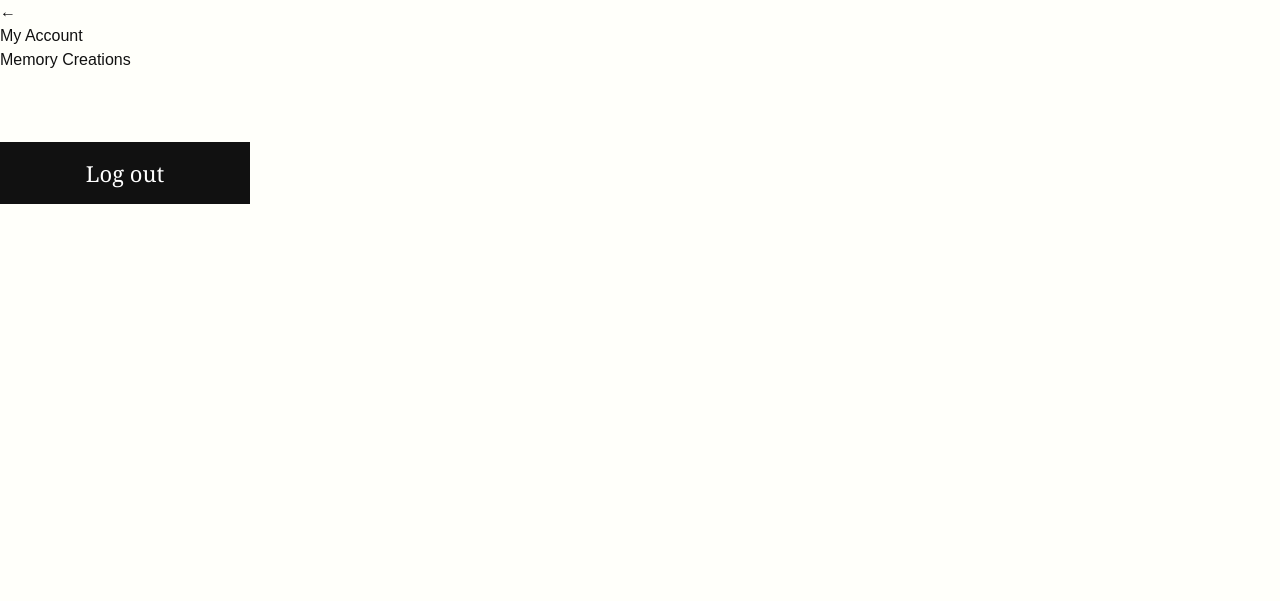
Repository: doagunes/Sillage
Page: /account
An editor plug-in stored every save of this project. The page is shown before and after the next save, followed by the edit.
The browser window is 1280 px wide. The pictures show the whole page.
The project was rebuilt for these pictures with package versions that can differ from the ones it lists, and the page was loaded fresh each time. Also part of the build but not shown: vite.config.js, src/components/Navbar.css, src/components/Navbar.jsx, src/components/Footer.css, src/components/Footer.jsx, src/pages/SignUp.css, src/pages/SignUp.jsx, src/pages/Login.css and 15 more.

Above is the page before, as saved 2026-05-24 16:42:52.

### index.html
<!doctype html>
<html lang="en">
  <head>
    <meta charset="UTF-8" />
    <link rel="icon" type="image/svg+xml" href="/favicon.svg" />
    <meta name="viewport" content="width=device-width, initial-scale=1.0" />
    <title>sillage</title>
  </head>
  <body>
    <div id="root"></div>
    <script type="module" src="/src/main.jsx"></script>
  </body>
</html>

### src/App.jsx
import "./index.css";
import { BrowserRouter, Routes, Route } from "react-router-dom";
import { AuthProvider } from "./context/AuthContext";

import SignUp from "./pages/SignUp";
import Login from "./pages/Login";
import Account from "./pages/Account";

import Home from "./pages/Home";
import About from "./pages/About";
import Create from "./pages/Create";
import Archive from "./pages/Archive";
import ArchiveDetail from "./pages/ArchiveDetail";

function App() {
  return (
    <AuthProvider>
      <BrowserRouter>
        <Routes>
          <Route path="/" element={<Home />} />
          <Route path="/about" element={<About />} />
          <Route path="/create" element={<Create />} />
          <Route path="/archive" element={<Archive />} />
          <Route path="/archive/:id" element={<ArchiveDetail />} />

          <Route path="/signup" element={<SignUp />} />
          <Route path="/login" element={<Login />} />
          <Route path="/account" element={<Account />} />
        </Routes>
      </BrowserRouter>
    </AuthProvider>
  );
}

export default App;

### src/index.css
@import "tailwindcss";
* {
  margin: 0;
  padding: 0;
  box-sizing: border-box;
}

body {
  background-color: #f7f3ee;
  font-family: sans-serif;
}

### src/context/AuthContext.jsx
import { createContext, useContext, useEffect, useState } from "react";

const AuthContext = createContext();

export function AuthProvider({ children }) {
  const [user, setUser] = useState(null);

  useEffect(() => {
    const savedUser = localStorage.getItem("sillageUser");

    if (savedUser) {
      setUser(JSON.parse(savedUser));
    }
  }, []);

  const signup = (userData) => {
    const newUser = {
      id: Date.now(),
      username: userData.username,
      email: userData.email,
    };

    localStorage.setItem("sillageUser", JSON.stringify(newUser));
    setUser(newUser);
  };

  const login = (email) => {
    const loggedUser = {
      id: Date.now(),
      username: "Sillage User",
      email,
    };

    localStorage.setItem("sillageUser", JSON.stringify(loggedUser));
    setUser(loggedUser);
  };

  const logout = () => {
    localStorage.removeItem("sillageUser");
    setUser(null);
  };

  const isLoggedIn = Boolean(user);

  return (
    <AuthContext.Provider value={{ user, isLoggedIn, signup, login, logout }}>
      {children}
    </AuthContext.Provider>
  );
}

export function useAuth() {
  return useContext(AuthContext);
}

### src/pages/Account.jsx
import { useNavigate } from "react-router-dom";
import { useAuth } from "../context/AuthContext";
import "./Account.css";

function Account() {
  const navigate = useNavigate();
  const { logout } = useAuth();

  const handleLogout = () => {
    logout();
    navigate("/signup");
  };

  return (
    <main className="account-page">
      <button className="account-back" onClick={() => navigate(-1)}>
        ←
      </button>

      <section className="account-content">
        <h1>My Account</h1>

        <div className="account-line"></div>

        <h2>Memory Creations</h2>

        <div className="memory-creations-grid">
          <div className="memory-creation-card"></div>
        </div>

        <button className="account-logout" onClick={handleLogout}>
          Log out
        </button>
      </section>
    </main>
  );
}

export default Account;

### src/pages/Account.css
.account-page {
    min-height: 100vh;
    background: #fffffa;
    color: #111;
  }

  .account-main {
    min-height: calc(100vh - 90px);
    display: grid;
    grid-template-columns: 38% 62%;
    background: #fffffa;
    border-top: 1px solid #111;
    font-family: Georgia, "Times New Roman", serif;
  }

  .account-left {
    border-right: 1px solid #111;
    padding: 90px 70px;
  }

  .account-left h1 {
    margin: 0;
    font-size: 64px;
    font-weight: 500;
    line-height: 1;
  }

  .account-info {
    margin-top: 70px;
    font-size: 24px;
    line-height: 1.6;
  }

  .account-info p {
    margin: 0 0 12px;
  }

  .account-logout {
    margin-top: 70px;
    width: 250px;
    height: 62px;
    border: 1px solid #111;
    background: #111;
    color: #fff;
    font-family: Georgia, "Times New Roman", serif;
    font-size: 22px;
    cursor: pointer;
  }

  .account-logout:hover {
    background: transparent;
    color: #111;
  }

  .account-right {
    padding: 90px 80px;
  }

  .account-right h2 {
    margin: 0;
    font-size: 64px;
    font-weight: 500;
    line-height: 1;
  }

  .account-memory-grid {
    margin-top: 70px;
    display: grid;
    grid-template-columns: repeat(3, 1fr);
    gap: 34px;
  }

  .account-memory-card {
    height: 360px;
    border: 1px solid #111;
    background: transparent;
  }

### src/pages/Home.css
@import "tailwindcss";

* {
  box-sizing: border-box;
}

body {
  margin: 0;
  background: #fffffa;
}

.homepage {
  width: 100%;
  min-height: 100vh;
  background: #fffffa;
  color: #111;
  font-family: "Helvetica Neue", Arial, sans-serif;
  overflow-x: hidden;
}


.hero {
  position: relative;
  display: grid;
  grid-template-columns: 46% 54%;
  min-height: 830px;
  border-bottom: 1px solid #111;
}

.hero-image {
  height: 690px;
  margin-top: 52px;
}

.polaroid {
  position: absolute;
  top: 70px;
  left: 420px;
  width: 230px;
  height: 280px;
  transform: rotate(-14deg);
  background: #f3f0ea;
  border: 12px solid #f8f6f1;
  z-index: 2;
}

.hero-content {
  padding: 75px 90px 0 35px;
}

.hero-content h1 {
  font-family: Georgia, "Times New Roman", serif;
  font-size: 45px;
  font-weight: 300;
  line-height: 1.15;
  letter-spacing: 0.8px;
  max-width: 690px;
  margin: 0 0 480px;
}

.hero-content p {
  max-width: 580px;
  font-size: 20px;
  font-weight: 300;
  line-height: 1.25;
  margin-bottom: 18px;
}

.hero-content button {
  width: 454px;
  height: 68px;
  background: transparent;
  border: 1px solid #111;
  font-family: Georgia, "Times New Roman", serif;
  font-size: 24px;
  cursor: pointer;
}

.logo-strip {
  height: 230px;
  display: flex;
  align-items: center;
  justify-content: space-around;
  border-bottom: 1px solid #111;
  font-family: Georgia, "Times New Roman", serif;
  font-size: 52px;
  font-weight: 700;
}

.popular {
  padding: 80px 110px 130px;
  border-bottom: 1px solid #111;
}

.popular h2 {
  font-family: Georgia, "Times New Roman", serif;
  font-size: 46px;
  font-weight: 300;
  margin: 0 0 10px;
}

.product-grid {
  display: grid;
  grid-template-columns: repeat(4, 1fr);
  gap: 0;
}

.product-card {
  border: 1px solid #111;
  padding: 20px;
  min-height: 476px;
}

.product-image {
  height: 360px;
  margin-bottom: 10px;
}

.product-info {
  display: flex;
  justify-content: space-between;
  font-size: 14px;
  font-weight: 300;
  margin-bottom: 12px;
}

.product-card button {
  width: 100%;
  height: 41px;
  background: transparent;
  border: 1px solid #111;
  font-family: Georgia, "Times New Roman", serif;
  cursor: pointer;
}

.statement {
  position: relative;
  height: 590px;
  border-bottom: 1px solid #111;
}

.statement-image {
  position: absolute;
  inset: 0;
}

.statement h2 {
  position: absolute;
  right: 90px;
  top: 70px;
  width: 445px;
  text-align: center;
  font-family: Georgia, "Times New Roman", serif;
  font-size: 47px;
  font-weight: 300;
  line-height: 1.15;
}

.why {
  display: grid;
  grid-template-columns: 1fr 1fr;
  min-height: 1100px;
  border-bottom: 1px solid #111;
}

.why-left {
  border-right: 1px solid #111;
  position: relative;
}

.why-left h2 {
  font-family: Georgia, "Times New Roman", serif;
  font-size: 75px;
  font-weight: 300;
  text-align: center;
  margin-top: 220px;
}

.why-image {
  position: absolute;
  bottom: 0;
  left: 0;
  width: 100%;
  height: 550px;
}

.why-right {
  background: #212121;
  color: white;
  display: flex;
  align-items: flex-start;
  justify-content: center;
  padding-top: 95px;
}

.why-right p {
  width: 460px;
  font-size: 25px;
  font-weight: 300;
  line-height: 1.25;
}

.package {
  display: grid;
  grid-template-columns: 1fr 1fr;
  min-height: 930px;
}

.package-text {
  padding: 90px 100px;
}

.package-text h2 {
  font-family: Georgia, "Times New Roman", serif;
  font-size: 49px;
  font-weight: 300;
  line-height: 1.15;
  margin-bottom: 390px;
}

.package-text p {
  max-width: 530px;
  font-size: 21px;
  font-weight: 300;
  line-height: 1.25;
}

.package-image {
  height: 700px;
  margin-top: 35px;
}

.placeholder {
  background: #e4e0da;
  color: #777;
  display: flex;
  align-items: center;
  justify-content: center;
  font-size: 13px;
  letter-spacing: 2px;
}

@media (max-width: 900px) {
  .navbar {
    height: auto;
    padding: 30px;
    flex-direction: column;
    gap: 24px;
  }

  .logo {
    margin-right: 0;
  }

  .nav-links {
    flex-direction: column;
    gap: 18px;
  }

  .nav-icons {
    margin-left: 0;
  }

  .hero,
  .why,
  .package {
    grid-template-columns: 1fr;
  }

  .hero-content h1 {
    margin-bottom: 80px;
    font-size: 38px;
  }

  .hero-content button {
    width: 100%;
  }

  .product-grid {
    grid-template-columns: 1fr;
  }

  .logo-strip {
    flex-wrap: wrap;
    height: auto;
    gap: 30px;
    padding: 50px;
  }
}

Loaded but not shown: src/main.jsx (common file)

After the next save:
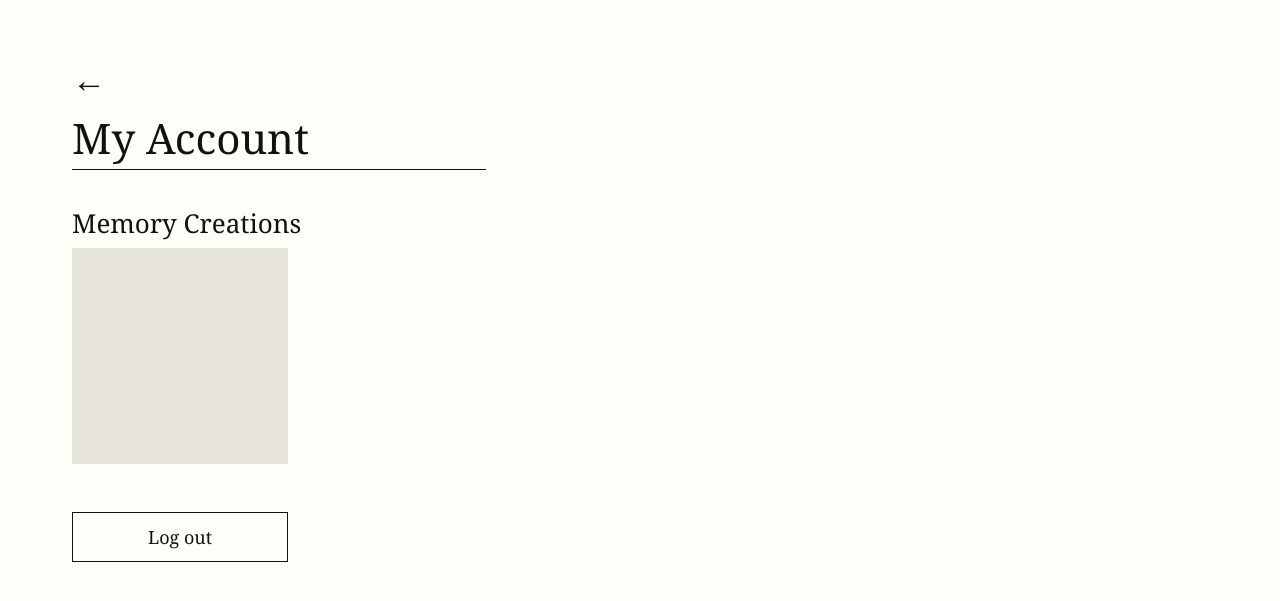
Saved 5 s later.
--- a/src/pages/Account.css
+++ b/src/pages/Account.css
@@ -2,76 +2,74 @@
     min-height: 100vh;
     background: #fffffa;
     color: #111;
+    font-family: Georgia, "Times New Roman", serif;
+    position: relative;
+    padding: 54px 0 100px 72px;
+    box-sizing: border-box;
   }
 
-  .account-main {
-    min-height: calc(100vh - 90px);
-    display: grid;
-    grid-template-columns: 38% 62%;
-    background: #fffffa;
-    border-top: 1px solid #111;
+  .account-back {
+    border: none;
+    background: transparent;
+    font-size: 34px;
     font-family: Georgia, "Times New Roman", serif;
+    font-weight: 300;
+    cursor: pointer;
+    color: #111;
+    padding: 0;
+    margin-bottom: 12px;
   }
 
-  .account-left {
-    border-right: 1px solid #111;
-    padding: 90px 70px;
+  .account-content {
+    width: 420px;
   }
 
-  .account-left h1 {
+  .account-content h1 {
     margin: 0;
-    font-size: 64px;
-    font-weight: 500;
+    font-size: 42px;
+    font-weight: 400;
     line-height: 1;
   }
 
-  .account-info {
-    margin-top: 70px;
-    font-size: 24px;
-    line-height: 1.6;
+  .account-line {
+    width: 414px;
+    height: 1px;
+    background: #111;
+    margin: 10px 0 40px;
   }
 
-  .account-info p {
+  .account-content h2 {
     margin: 0 0 12px;
+    font-size: 26px;
+    font-weight: 400;
+    line-height: 1;
+  }
+
+  .memory-creations-grid {
+    display: grid;
+    grid-template-columns: 216px;
+    gap: 24px;
+  }
+
+  .memory-creation-card {
+    width: 216px;
+    height: 216px;
+    background: #e7e4dc;
   }
 
   .account-logout {
-    margin-top: 70px;
-    width: 250px;
-    height: 62px;
+    margin-top: 48px;
+    width: 216px;
+    height: 50px;
     border: 1px solid #111;
-    background: #111;
-    color: #fff;
+    background: transparent;
+    color: #111;
     font-family: Georgia, "Times New Roman", serif;
-    font-size: 22px;
+    font-size: 18px;
     cursor: pointer;
   }
 
   .account-logout:hover {
-    background: transparent;
-    color: #111;
+    background: #111;
+    color: #fff;
   }
-
-  .account-right {
-    padding: 90px 80px;
-  }
-
-  .account-right h2 {
-    margin: 0;
-    font-size: 64px;
-    font-weight: 500;
-    line-height: 1;
-  }
-
-  .account-memory-grid {
-    margin-top: 70px;
-    display: grid;
-    grid-template-columns: repeat(3, 1fr);
-    gap: 34px;
-  }
-
-  .account-memory-card {
-    height: 360px;
-    border: 1px solid #111;
-    background: transparent;
-  }
